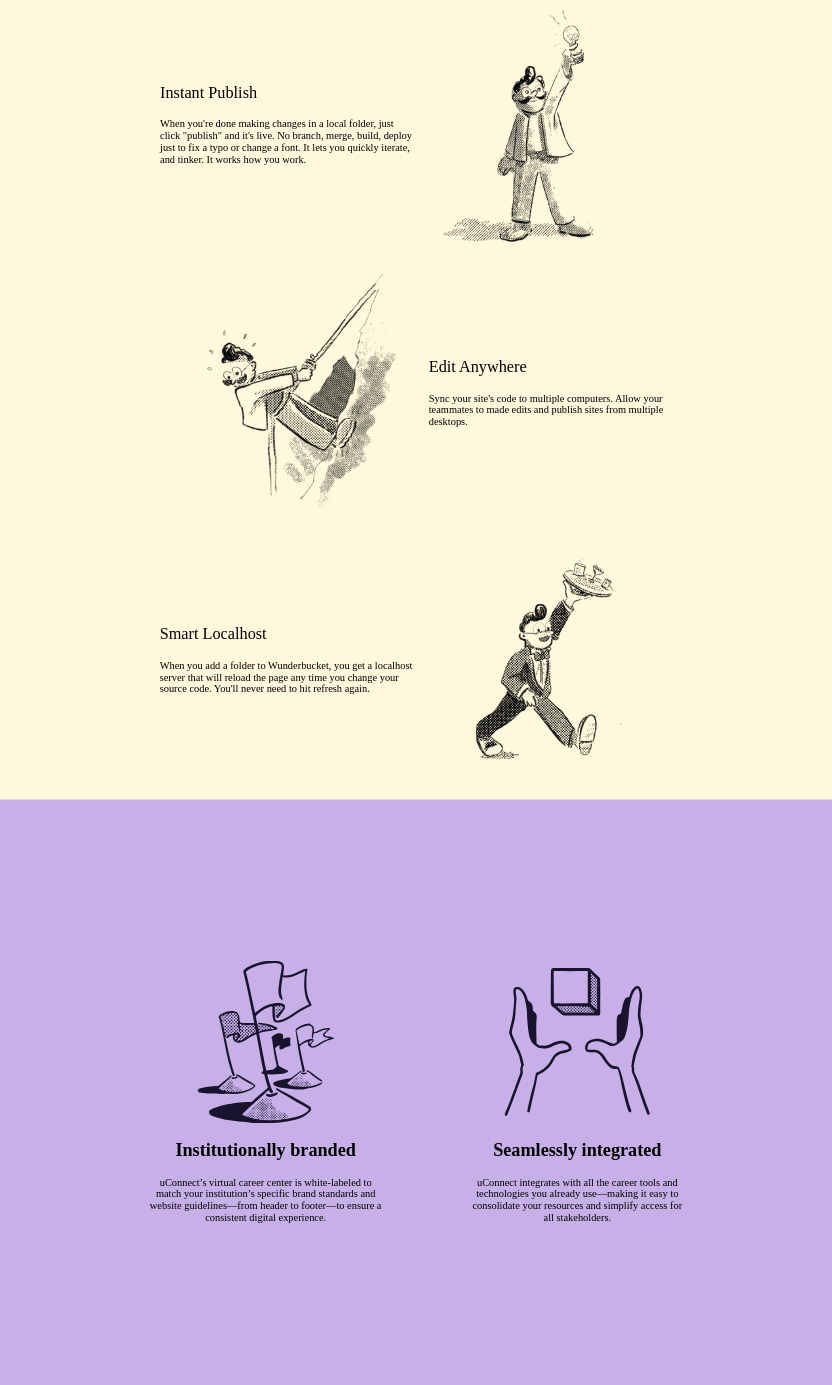
Repository: Pbemits/TEAMWORK-PROJECT-ONE
Page: index.html
An editor plug-in stored every save of this project. The page is shown before and after the next save, followed by the edit.
The browser window is 1280 px wide. The pictures show the whole page, at 65% of full size.
Some web fonts or font styles are not loaded; a fallback is used.

Above is the page before, as saved 2023-09-02 00:43:47.

After the next save:
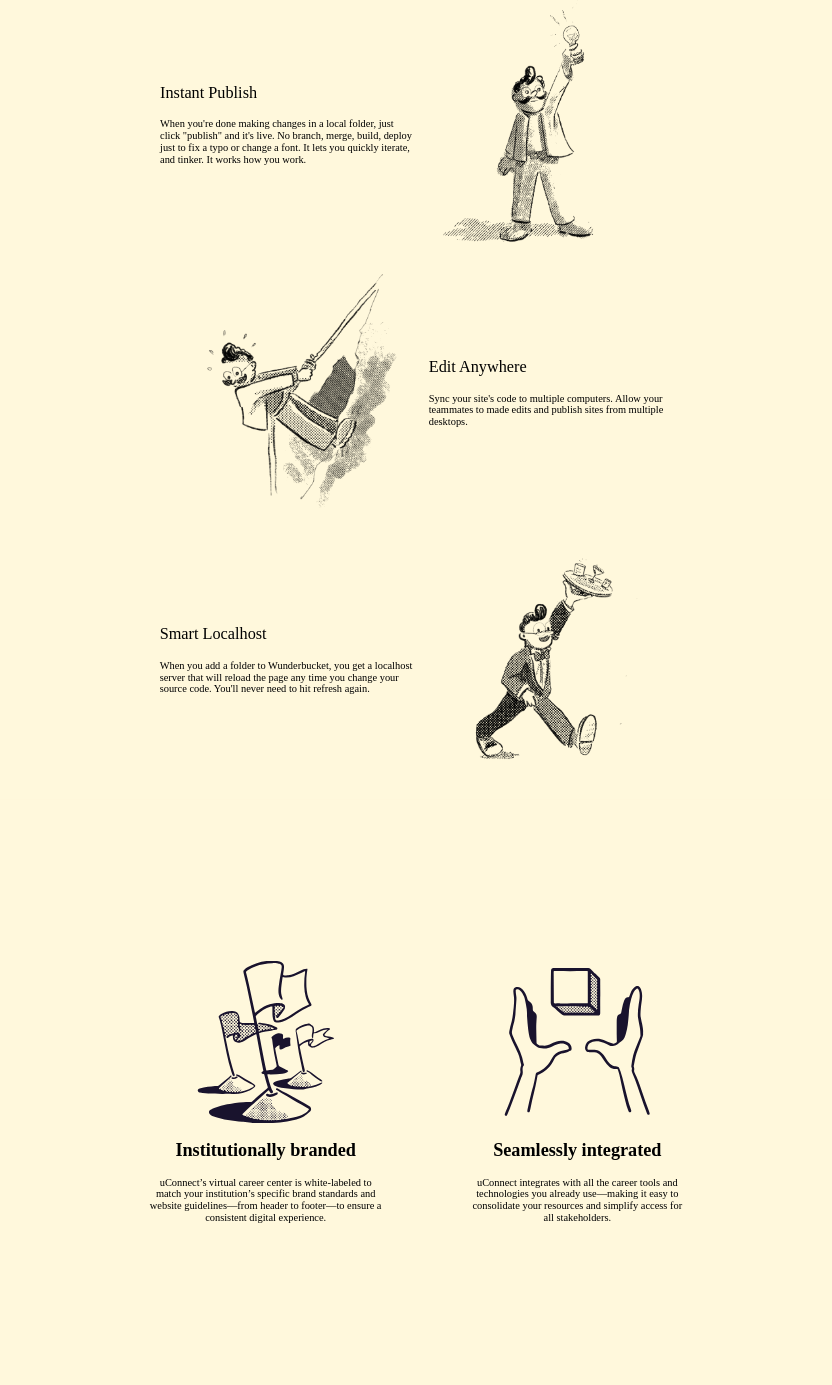
Saved 18 min 55 s later.
--- a/assets/css/main.css
+++ b/assets/css/main.css
@@ -94,7 +94,7 @@
 
 /* ?COMMON */
 .content-section-add {
-    background-color: #c6b0e7;
+    background-color: #fff8dc;
     display: flex;
     align-items: center;
     justify-content: center;
